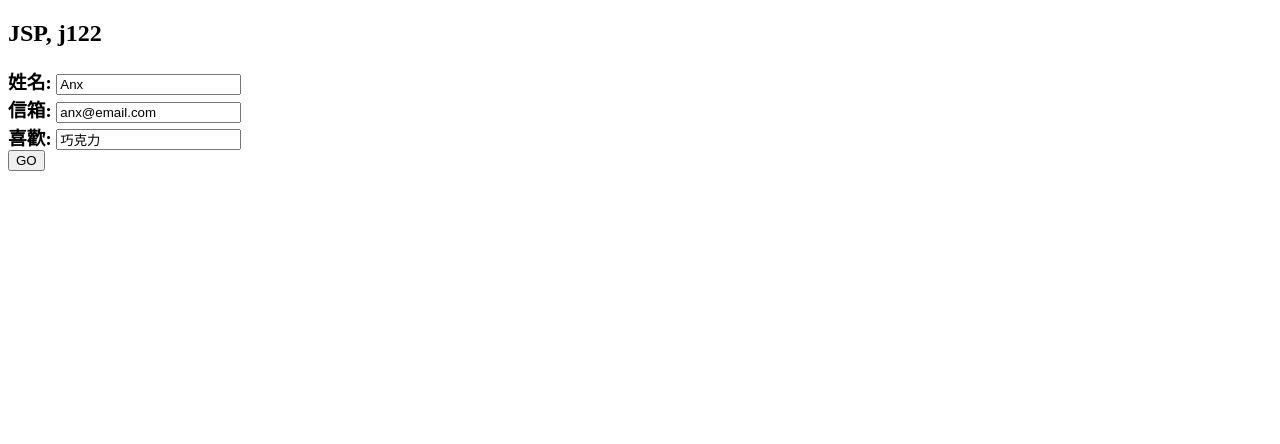
Repository: anxhuang/Java_Web
Page: http://localhost/code/j122.jsp
These files come from the project's save history. The page is drawn as it stood at one moment and after the next save; the edit follows.
The browser window is 1280 px wide. The pictures show the whole page.
The page is served by Tomcat 9.

Above is the page before, as saved 2018-07-12 13:24:54.

After the next save:
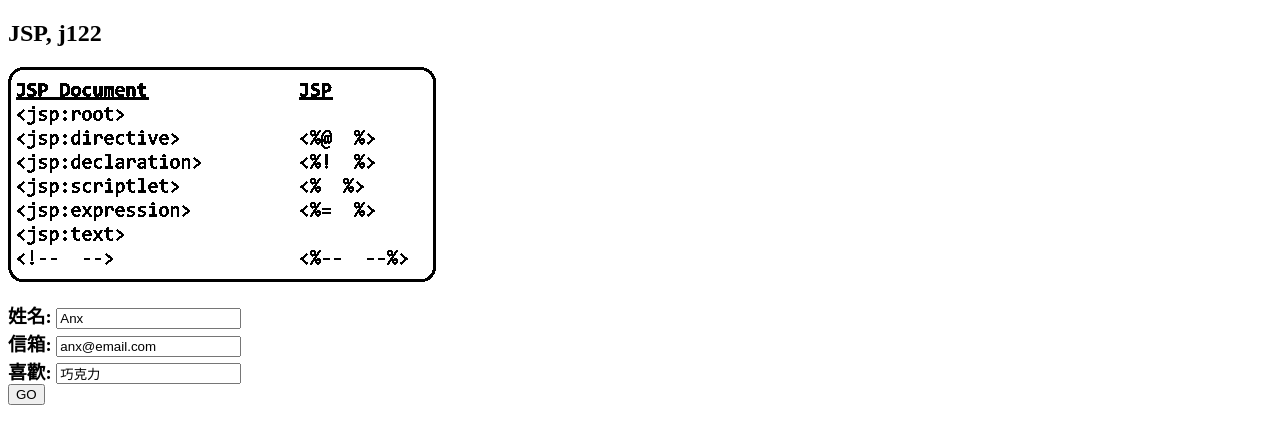
Saved 17 s later.
--- a/code/WebContent/j122.jsp
+++ b/code/WebContent/j122.jsp
@@ -7,6 +7,8 @@
 <body>
 
 	<h2>JSP, j122</h2>
+
+	<img src="JSP.bmp">
 
 	<h3>
 		<form action="S122">
